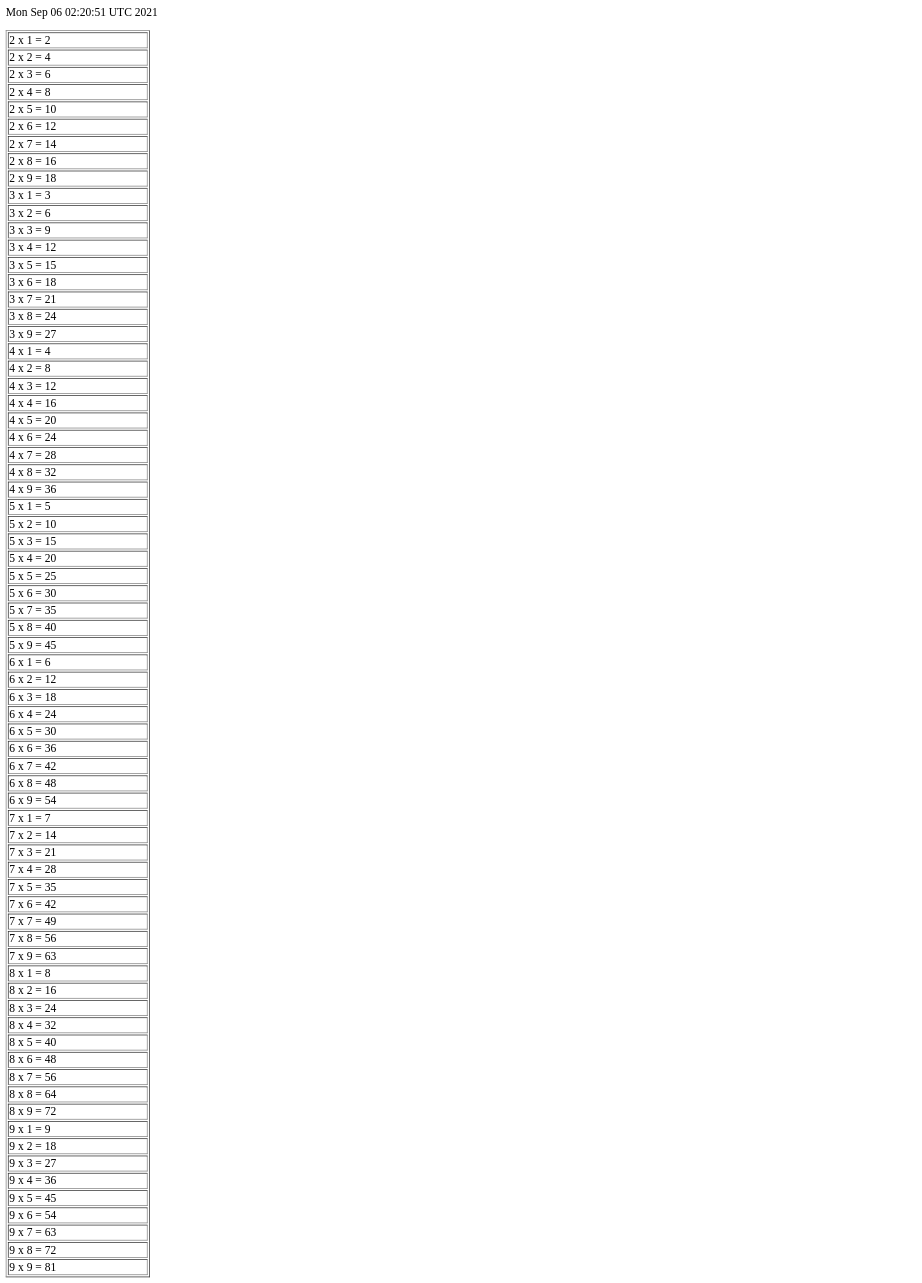
Repository: soobin10236/Class
Page: http://localhost/Web10/
The author's editor kept a copy of each file at every save. The page is drawn from the files as they stood at one save, then again after the next save.
The browser window is 1280 px wide. The pictures show the whole page, at 72% of full size.
The page is served by Tomcat 9. Other server files are loaded and not shown.

Above is the page before, as saved 2021-09-08 02:56:08.

### Web10/src/main/webapp/index.jsp

<%@page import="java.util.Date"%>
<%@ page language="java" contentType="text/html; charset=EUC-KR"
	pageEncoding="EUC-KR"%>
<!DOCTYPE html>
<html>
<head>
<meta charset="EUC-KR">
<title>Insert title here</title>
</head>

<body>
	<%--

	<!-- ex) -->

	<% Date date = new Date(); %>
	<%= date %><br/>

	--%>

	<!-- ex9) 구구단 -->

	<% Date date = new Date(); %>
	<%= date %><p>
	<table border="1" width="200">
	<%
	int sum = 0;
	for(int i=1;i<=8;i++){
		for(int j=1;j<=9;j++){
	%>
		<tr>
			<td><%=i+1%> x <%=j %> = <%= (i+1)*j %></td>
		</tr>
	<%
		}%>
		<p>
	<%} %>
	</table>
	<%-- <!-- ex8) html tag-->
	<% Date date = new Date(); %>
	<%= date %><br/>
	<button>호랑이</button>
	<hr/>
	<button>호랑이</button><p>
	<input type="text" value="초기값"/><br/>
	<input type="submit" value="submit"/><br/>
	<p>
	<select name ="color">
		<option value="red" selected>Red</option>
		<option value="blue">Blue</option>
		<option value="green">Green</option>
	</select> --%>

	<%-- <!-- ex7) JSP for문-->
	<body bgcolor = <%="green" %>>
	<% Date date = new Date(); %>
	<%= date %>

	<%
		String[] name = {"호랑이","독수리","원숭이","코끼리"};
	%>

	<table border="1" width="200">
	<%for(int i = 0; i < name.length; i++){ %>
		<tr>
			<%
				int temp = i * 10;
			%>
			<td><%=temp %></td>
			<td><%=name[i] %></td>
		</tr>
	<%} %>
	</table> --%>

	<%-- <!-- ex6) 테이블 출력 -->
	<% Date date = new Date(); %>
	<%= date %>
	<table border="1" width="200">
		<tr>
			<td><%=1 %></td>
			<td><%="호랑이" %></td>
		</tr>
		<tr>
			<td><%=2 %></td>
			<td><%="코끼리" %></td>
		</tr>
		<tr>
			<td><%=3 %></td>
			<td><%="독수리" %></td>
		</tr>
	</table> --%>


	<%-- <!-- ex5) import -->
	<% //java.util.Date date = new java.util.Date(); %>

	<%//@ page import = "java.util.*" %>
	<% Date date = new Date(); %>
	<%= date %> --%>


	<%-- <!-- ex4) JSP 선언문(함수작성) -->
	<h1>호랑이</h1>
	<%!
		void f1(javax.servlet.jsp.JspWriter out){
			try{
			out.print("method call");
			} catch(Exception e){
				e.printStackTrace();
			}
		}

		int f2(){
			return 999;
		}
	%>
	<%
		f1(out);

	// 표현식에는 ; 들어가면 안됨!
	%>
	<br/>
	<%=f2() %> --%>


	<%-- <!-- ex3) JSP 표현식 -->
	<h1>호랑이</h1>
	<%
		int num = 0;
		String s = "호랑이";
	%>
	출력 1 : <%=num %><br/>
	출력 2 : <%=s %><br/>	 --%>

	<%-- <!-- ex2) JSP 출력-->
	<h1>호랑이</h1>
	<%
		int num = 0;
		String s = "호랑이";
		out.println(num + "<br/>");
		out.println(s);
	%> --%>




	<%-- <!-- ex1) JSP 기초 4가지 -->
	1번 스크립트 릿 -> 자바코드 작성
	<% %>

	2번 표현식 -> 웹페이지에 출력 용도
	<%= %>

	3번 선언문(함수 작성) -> 잘 쓰이지 않는다.
	<%! %>

	4번 주석 잡기 <%-- -->
	자바코드 안에서는 자바에서 처럼 주석 잡으면 됨 --%>

</body>

</html>

After the next save:
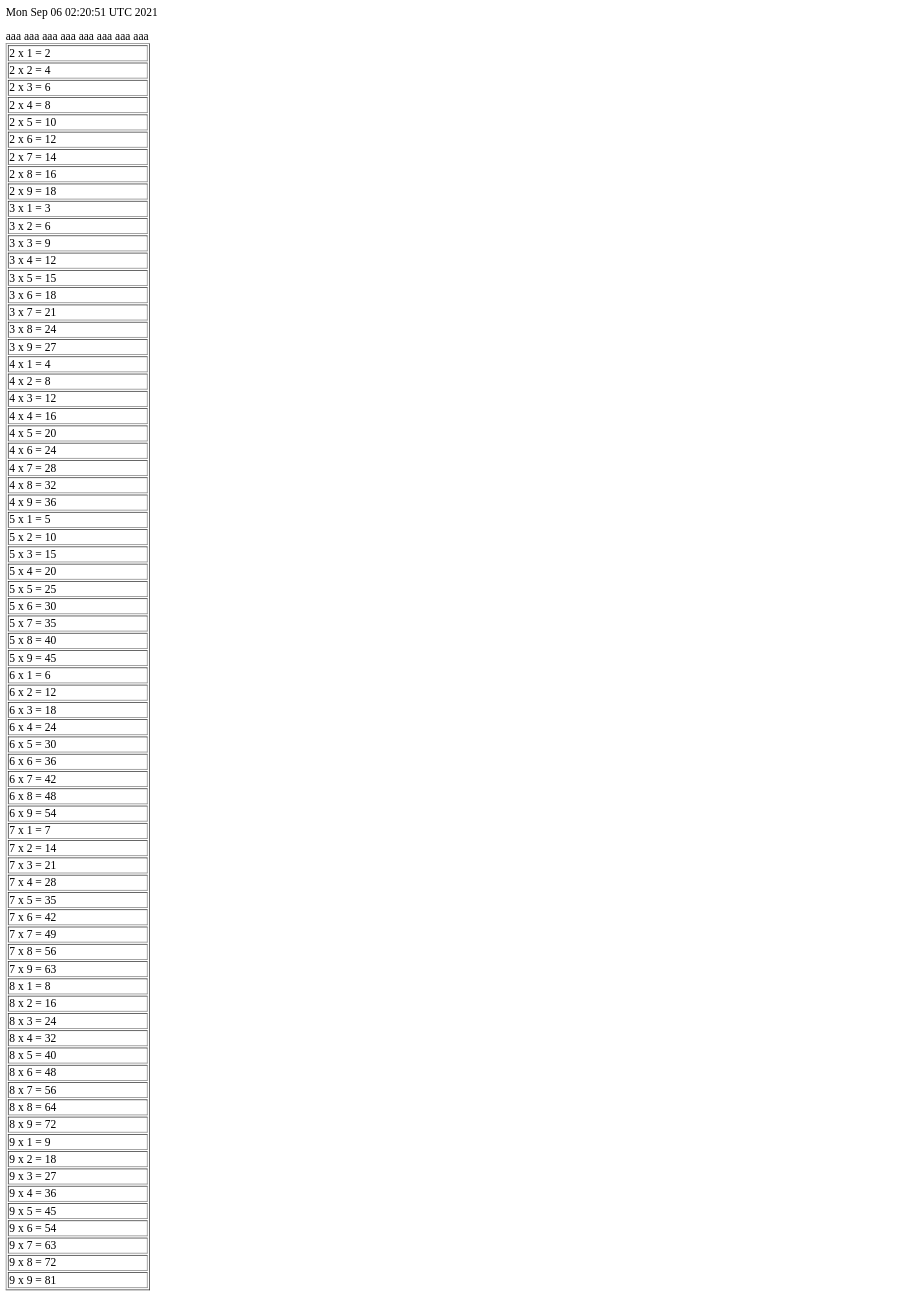
Saved 12 s later.
--- a/Web10/src/main/webapp/index.jsp
+++ b/Web10/src/main/webapp/index.jsp
@@ -34,7 +34,7 @@
 		</tr>
 	<%
 		}%>
-		<p>
+		aaa
 	<%} %>
 	</table>
 	<%-- <!-- ex8) html tag-->

After the save that followed:
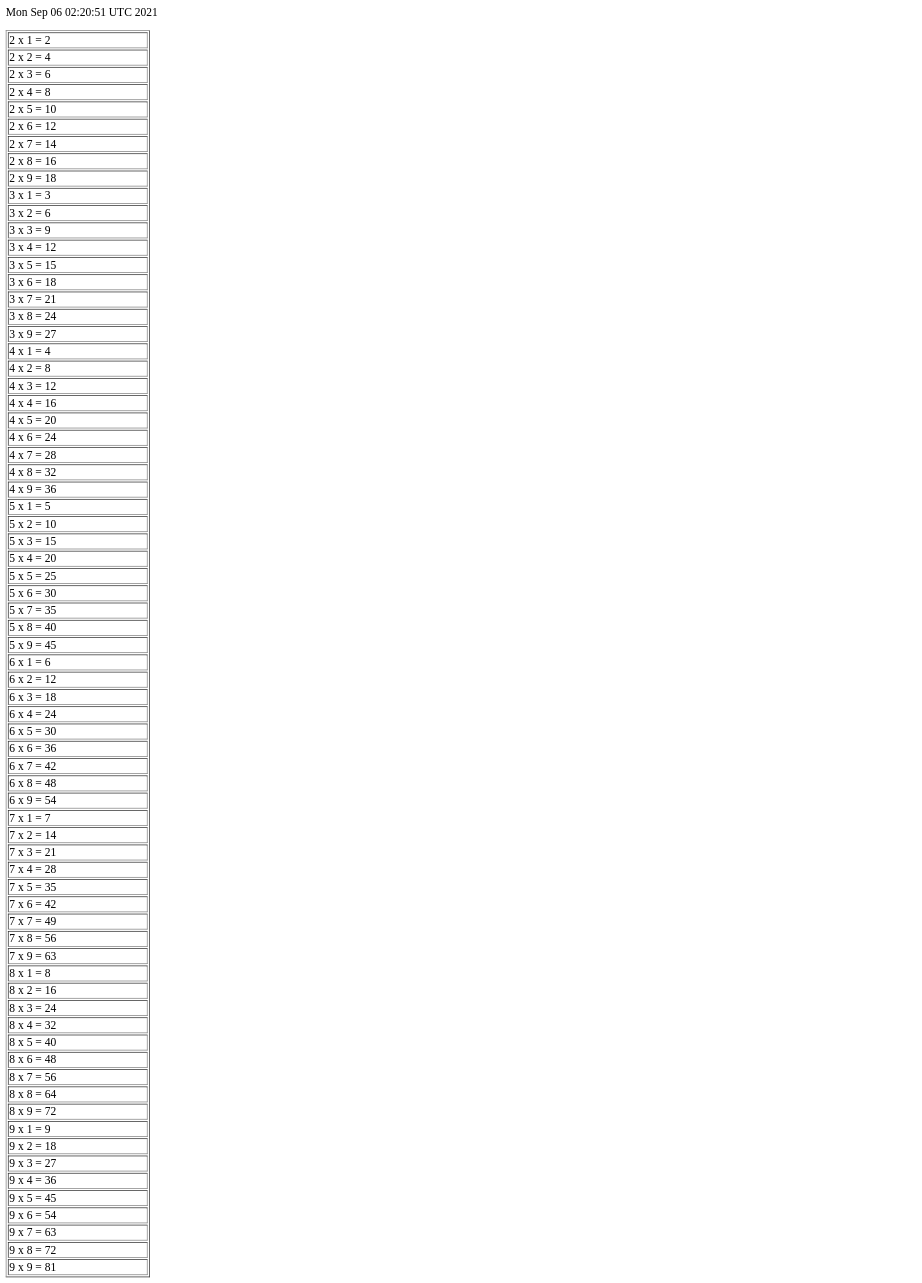
Saved 18 s later.
--- a/Web10/src/main/webapp/index.jsp
+++ b/Web10/src/main/webapp/index.jsp
@@ -34,7 +34,6 @@
 		</tr>
 	<%
 		}%>
-		aaa
 	<%} %>
 	</table>
 	<%-- <!-- ex8) html tag-->
